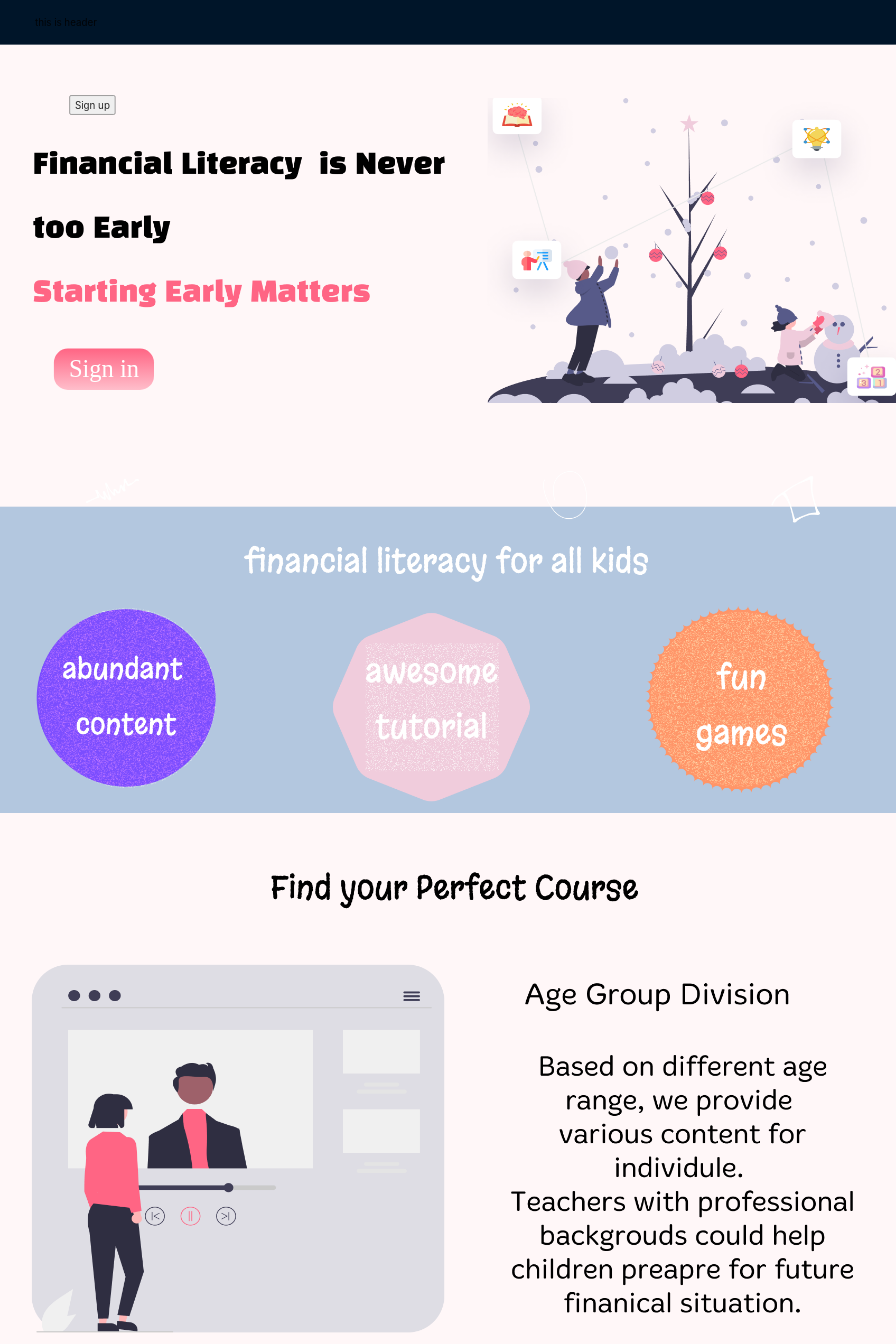
Repository: Zoe-XJ-Zhang/Goldilocks
Page: /
The author's editor kept a copy of each file at every save. The page is drawn from the files as they stood at one save, then again after a run of saves.
The browser window is 1280 px wide. The pictures show the part of the page from y = 0 to 1920 px (the page is 2775 px tall before and 2803 px after), at 70% of full size.
The project was rebuilt for these pictures with package versions that can differ from the ones it lists, and the page was loaded fresh each time. Also part of the build but not shown: src/page/roadmapPage/roadmapPage.js, src/page/aboutPage/aboutPage.js.

Above is the page before, as saved 2022-08-31 17:12:51.

After the next 2 saves:
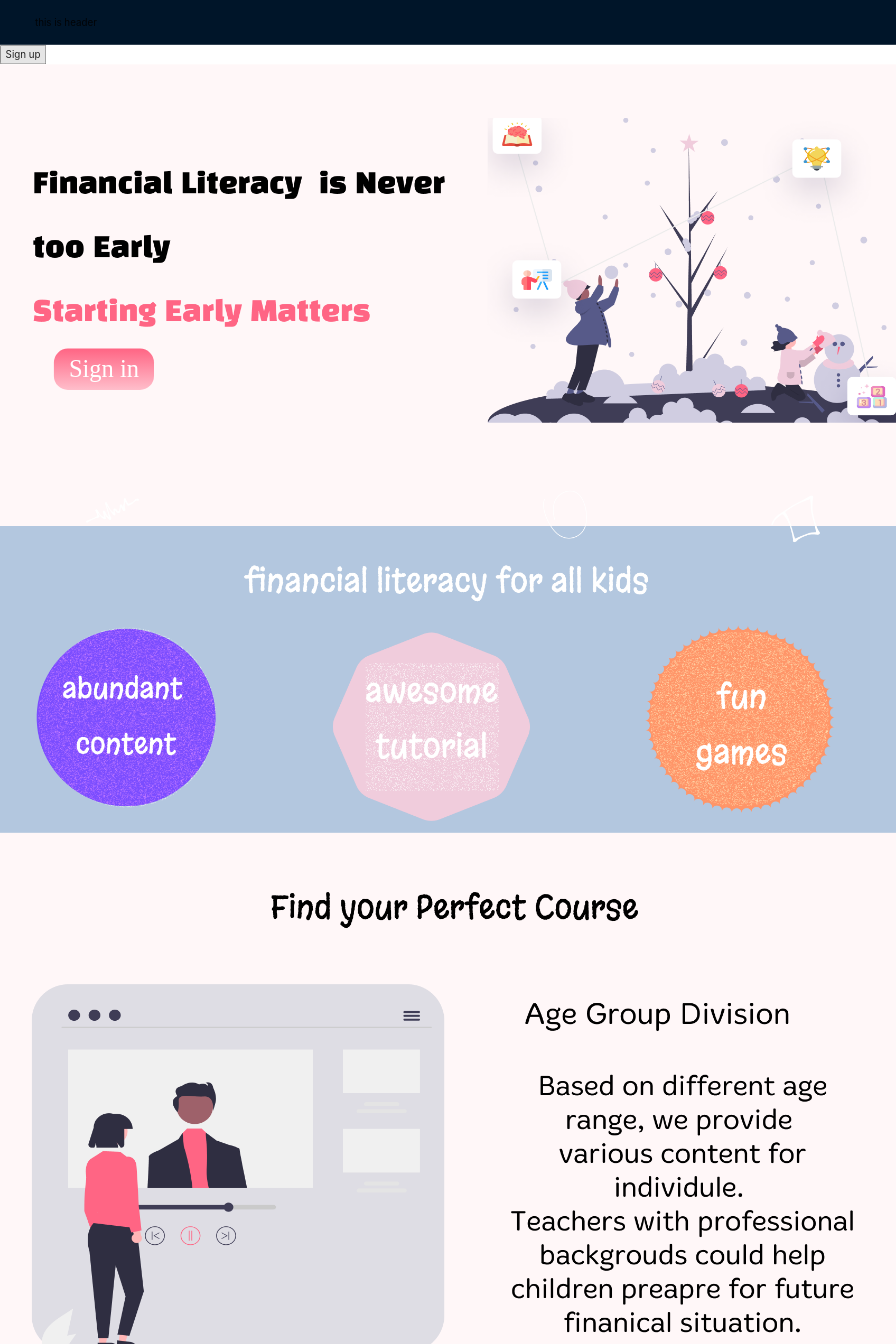
The 2 saves are shown as one change because they came seconds apart.
The last was saved 17 s later.
--- a/src/page/homePage/homePage.css
+++ b/src/page/homePage/homePage.css
@@ -56,6 +56,7 @@
     content: ' ';
 
   }
+  .signup:active
 .signup {
   position: absolute;
 

After the 3 saves that followed:
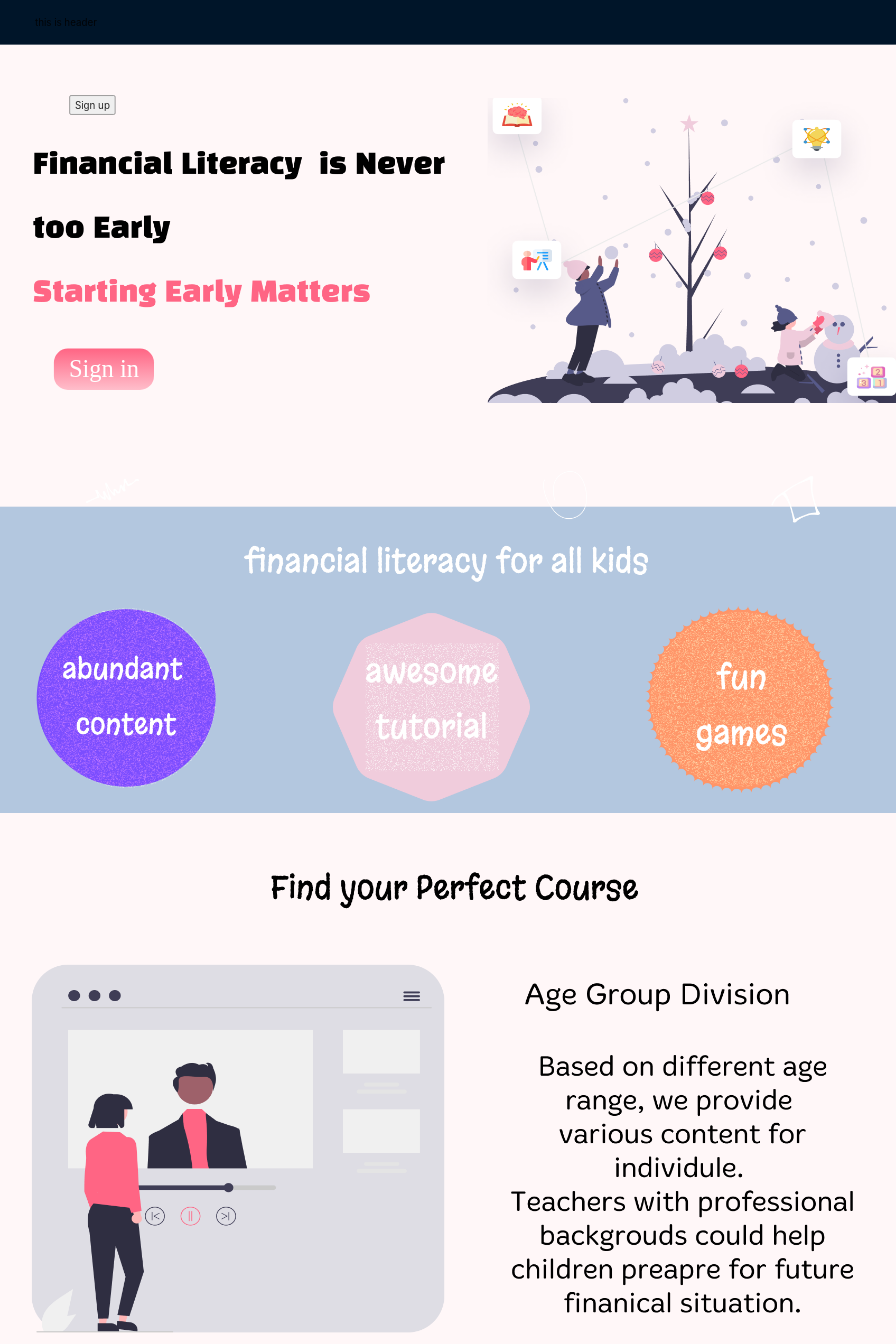
The 3 saves are shown as one change because they came seconds apart.
The last was saved 10 s later.
--- a/src/page/homePage/homePage.css
+++ b/src/page/homePage/homePage.css
@@ -56,7 +56,9 @@
     content: ' ';
 
   }
-  .signup:active
+  .signup:active::before{
+      opacity: 0.1;
+  }
 .signup {
   position: absolute;
 
